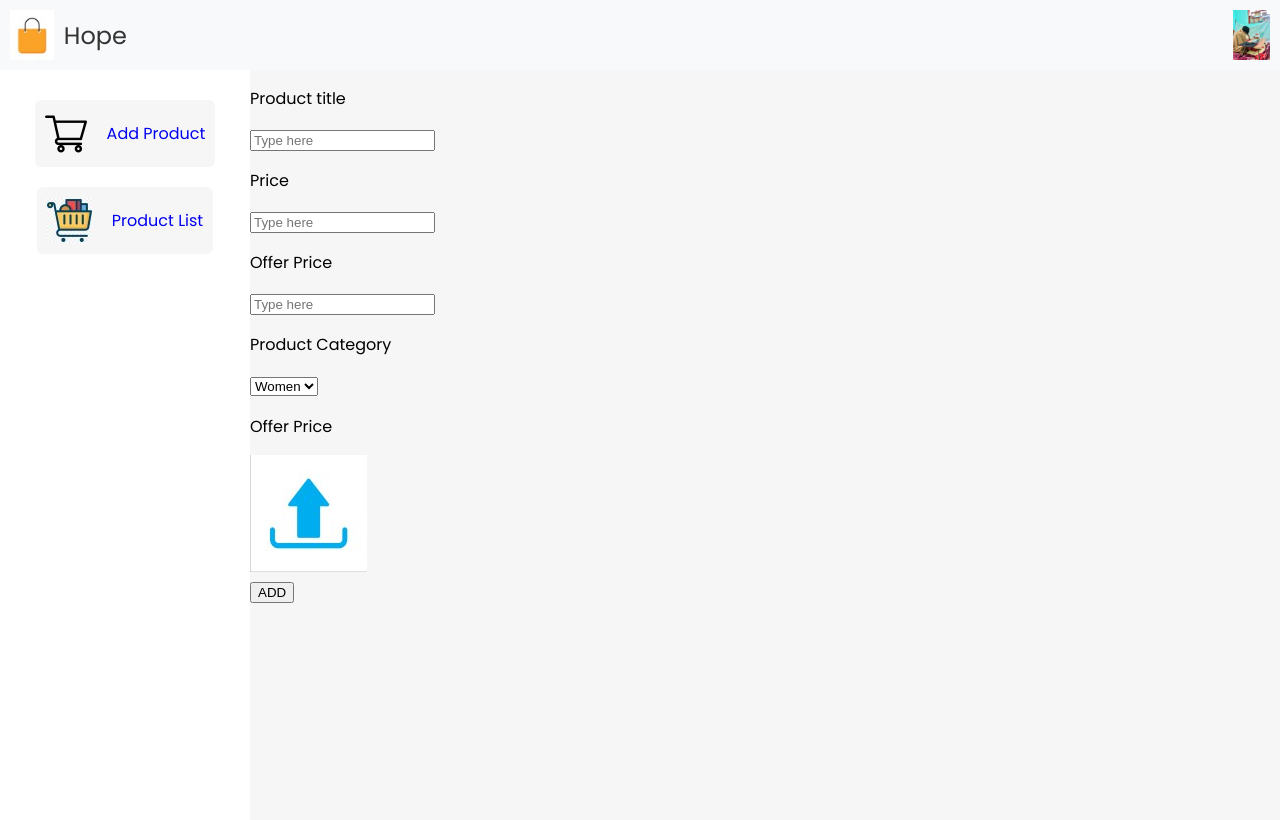
Repository: ititiu20201/Shopping-Online
Page: /addproduct (app in admin/)
These files come from the project's save history. The page is drawn as it stood at one moment and after the next save; the edit follows.
The browser window is 1280 px wide. The pictures show the whole page.
The project was rebuilt for these pictures with package versions that can differ from the ones it lists, and the page was loaded fresh each time. Also part of the build but not shown: Admin/vite.config.js, admin/src/Components/Addproduct/Addproduct.css, admin/src/Components/Listproduct/Listproduct.css, admin/src/Components/Listproduct/Listproduct.jsx.

Above is the page before, as saved 2024-06-18 21:47:08.

After the next save:
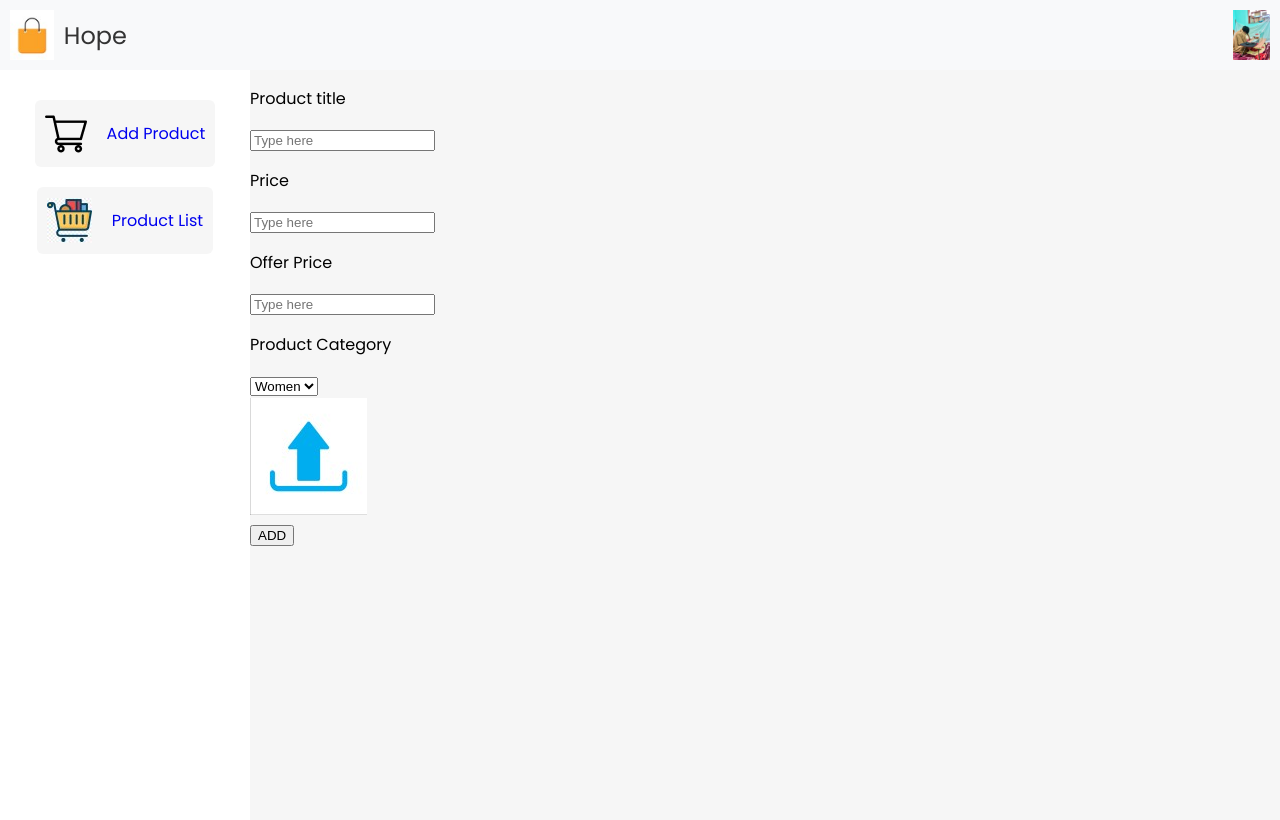
Saved 72 s later.
--- a/admin/src/Components/Addproduct/Addproduct.jsx
+++ b/admin/src/Components/Addproduct/Addproduct.jsx
@@ -27,7 +27,6 @@ const Addproduct = () => {
         </select>
       </div>
       <div className="addproduct-itemfield">
-        <p>Offer Price</p>
         <label htmlFor="file-input">
           <img src={upload_area} className="addproduct-thumnail-img" alt="" />
         </label>
